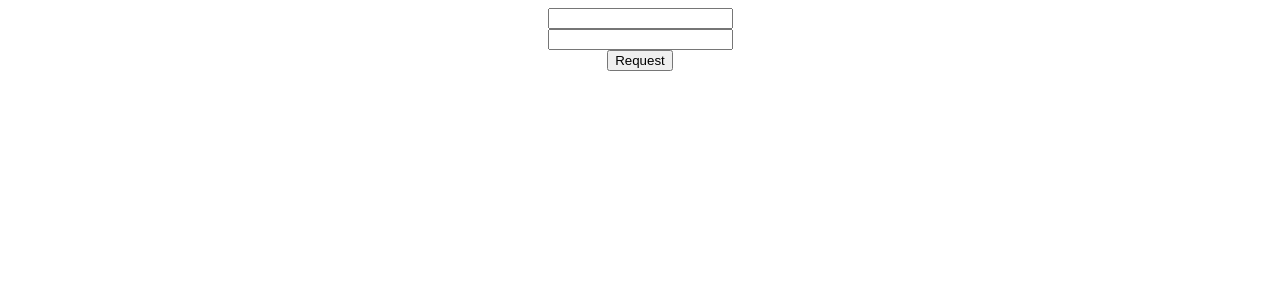
Repository: loganathanofficial/before-17-11-2025
Page: sevlet_class/form/src/main/webapp/form.html
These files come from the project's save history. The page is drawn as it stood at one moment and after the next save; the edit follows.
The browser window is 1280 px wide. The pictures show the whole page.

Above is the page before, as saved 2025-02-21 02:04:26.

### sevlet_class/form/src/main/webapp/form.html
<!DOCTYPE html>
<html>
<head>
<meta charset="UTF-8">
<title>my  form </title>
</head>
<body>
	<center>
	<form action="fs">
		<input type="text" name="nm"><br>
		<input type="text" name="pl"><br>

		<button type="submit">Request</button>


	</form>
	</center>
</body>
</html>

After the next save:
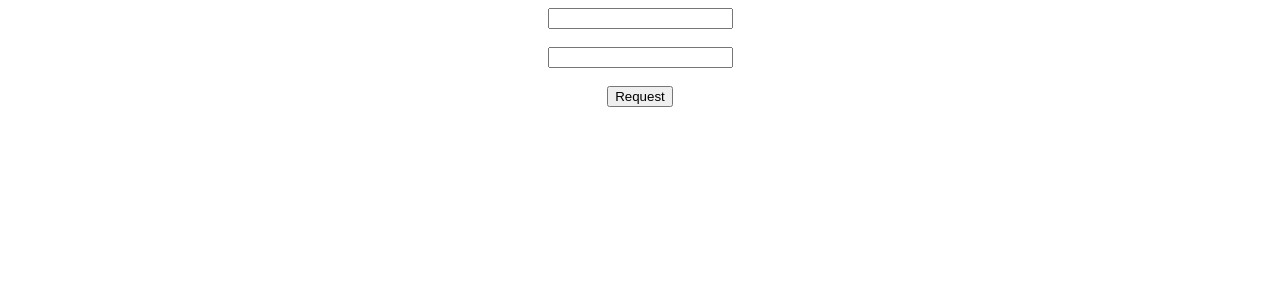
Saved 31 s later.
--- a/sevlet_class/form/src/main/webapp/form.html
+++ b/sevlet_class/form/src/main/webapp/form.html
@@ -7,10 +7,10 @@
 <body>
 	<center>
 	<form action="fs">
-		<input type="text" name="nm"><br>
-		<input type="text" name="pl"><br>
+		<input type="text" name="nm"><br><br>
+		<input type="text" name="pl"><br><br>
 
-		<button type="submit">Request</button>
+		<button type="submit" value="Request">Request</button>
 
 
 	</form>
